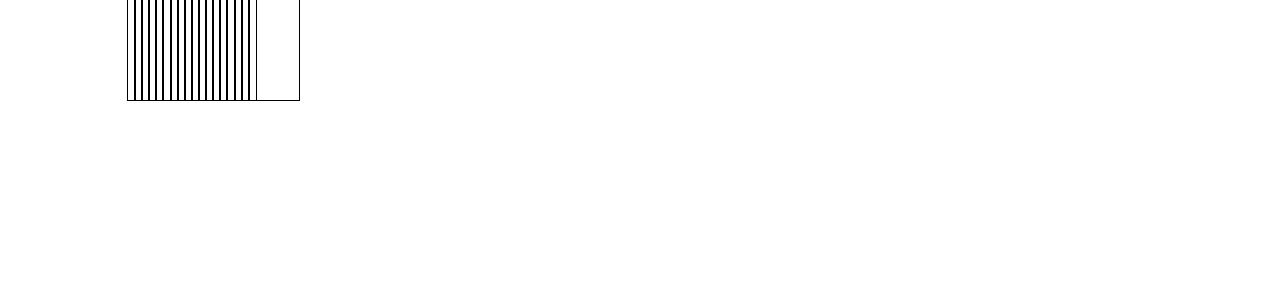
Repository: motiejus1/04-paskaita-praktine-uzduotis
Page: 2uzduotis.html
An editor plug-in stored every save of this project. The page is shown before and after the next save, followed by the edit.
The browser window is 1280 px wide. The pictures show the whole page.

Above is the page before, as saved 2021-06-05 15:01:34.

### 2uzduotis.html
<!DOCTYPE html>
<html lang="en">
<head>
    <meta charset="UTF-8">
    <meta http-equiv="X-UA-Compatible" content="IE=edge">
    <meta name="viewport" content="width=device-width, initial-scale=1.0">
    <title>Document</title>
    <style>
        body {
            width: 80%;
            margin:auto;
        }

        div {
            float:left;
            width: 8.33%;
            height: 100px;
            /* border: 1px solid black; */
            outline: 1px solid black;
        }

        .col-2 {
            width: 16.66%;
        }

        .col-6 {
            width: 50%;
        }

    </style>


</head>
<body>
    <div class="eilute">
        <div></div>
        <div></div>
        <div></div>
        <div></div>
        <div></div>
        <div></div>
        <div></div>
        <div></div>
        <div></div>
        <div></div>
        <div></div>
        <div></div>
    </div>

    <div class="eilute">
        <div class=''></div>
        <div></div>
        <div></div>
        <div></div>
        <div></div>
        <div></div>
    </div>
</body>
</html>

After the next save:
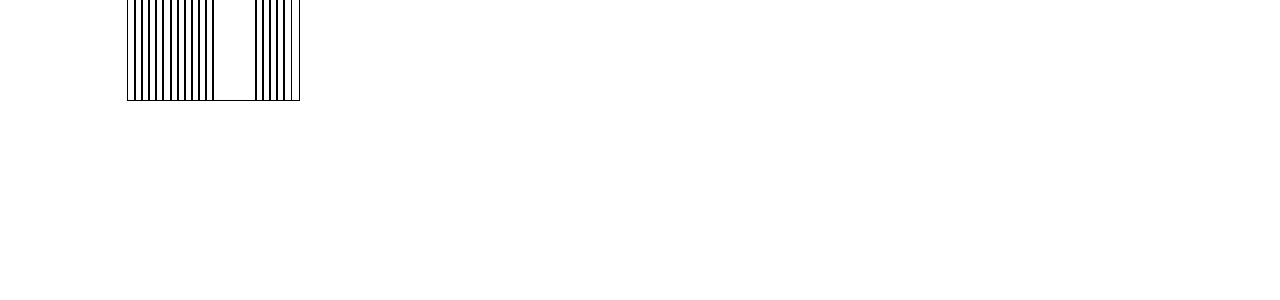
Saved 4 s later.
--- a/2uzduotis.html
+++ b/2uzduotis.html
@@ -48,7 +48,7 @@
     </div>
 
     <div class="eilute">
-        <div class=''></div>
+        <div class="col-6"></div>
         <div></div>
         <div></div>
         <div></div>
